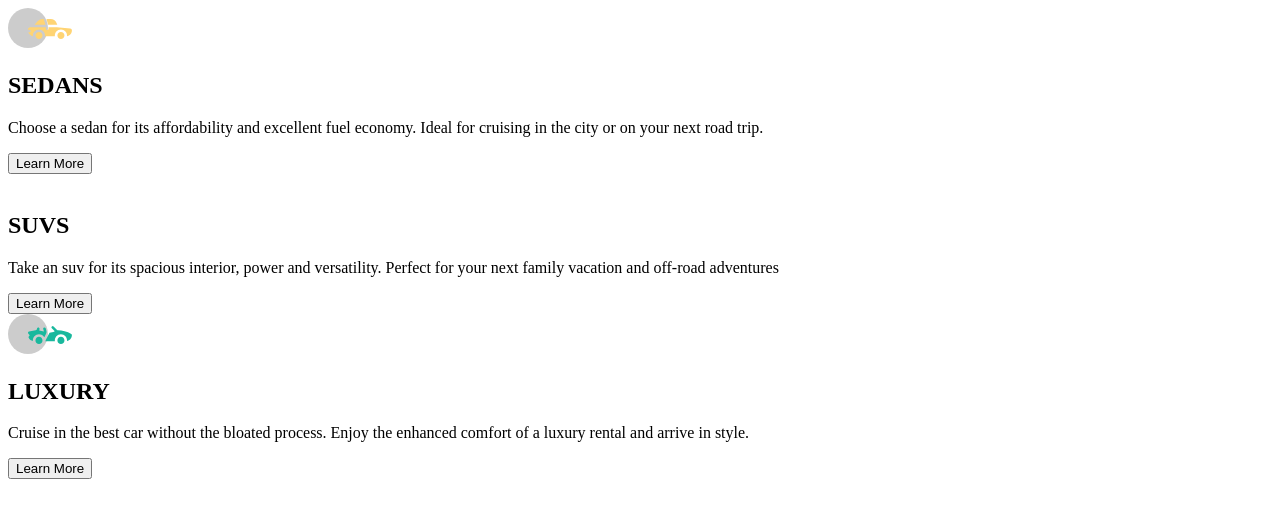
Repository: UnegbuAbigail/3-columns-cards
Page: index.html
The author's editor kept a copy of each file at every save. The page is drawn from the files as they stood at one save, then again after a run of saves.
The browser window is 1280 px wide. The pictures show the whole page.

Above is the page before, as saved 2024-08-03 12:24:58.

After the next 9 saves:
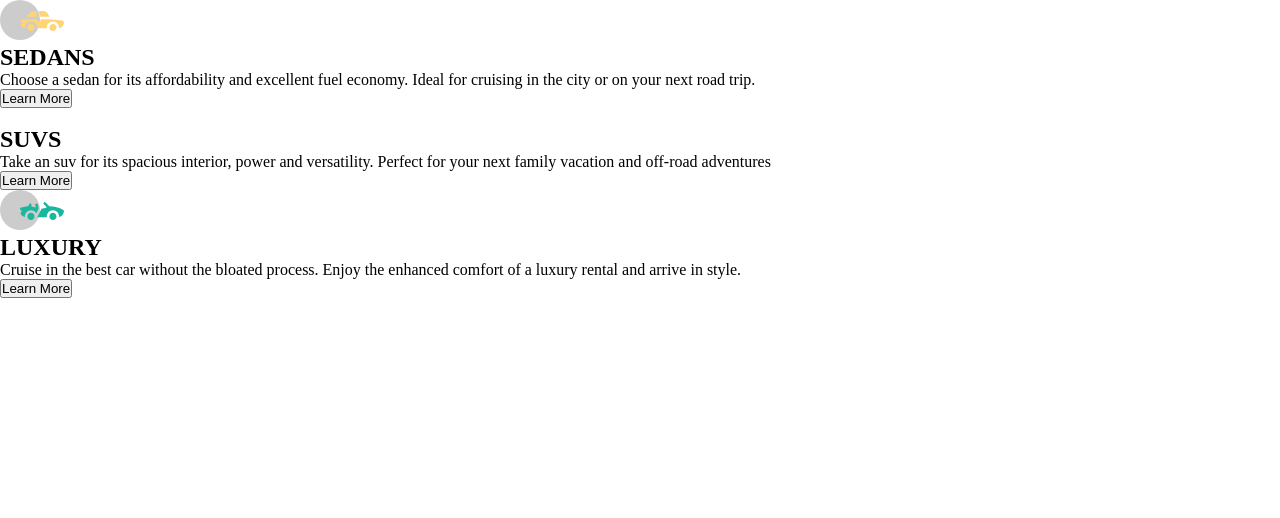
The 9 saves are shown as one change because they came seconds apart.
The last was saved 20 s later.
--- a/style.css
+++ b/style.css
@@ -1,3 +1,5 @@
 *{
-    padding: ;
+    padding: 0;
+    margin: 0;
+    box-sizing: ;
 }
